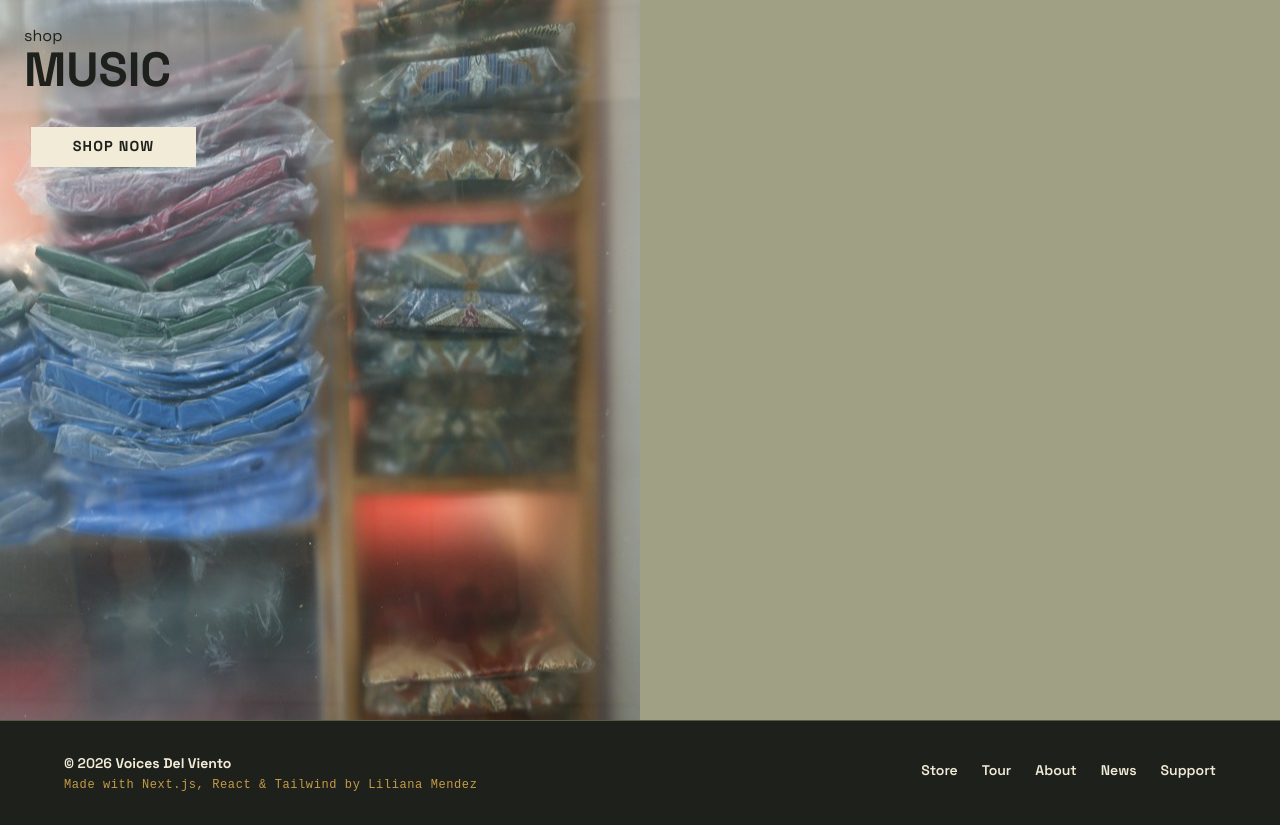
Repository: lime929/voices-del-viento
Page: /
The author's editor kept a copy of each file at every save. The page is drawn from the files as they stood at one save, then again after the next save.
The browser window is 1280 px wide. The pictures show the part of the page from y = 601 to 1426 px (the page is 1426 px tall).
The project was rebuilt for these pictures with package versions that can differ from the ones it lists, and the page was loaded fresh each time. The framework's server and built-in components were replaced by stand-ins that run in the browser. Also part of the build but not shown: next.config.mjs.

Above is the page before, as saved 2026-09-27 16:00:55.

After the next save:
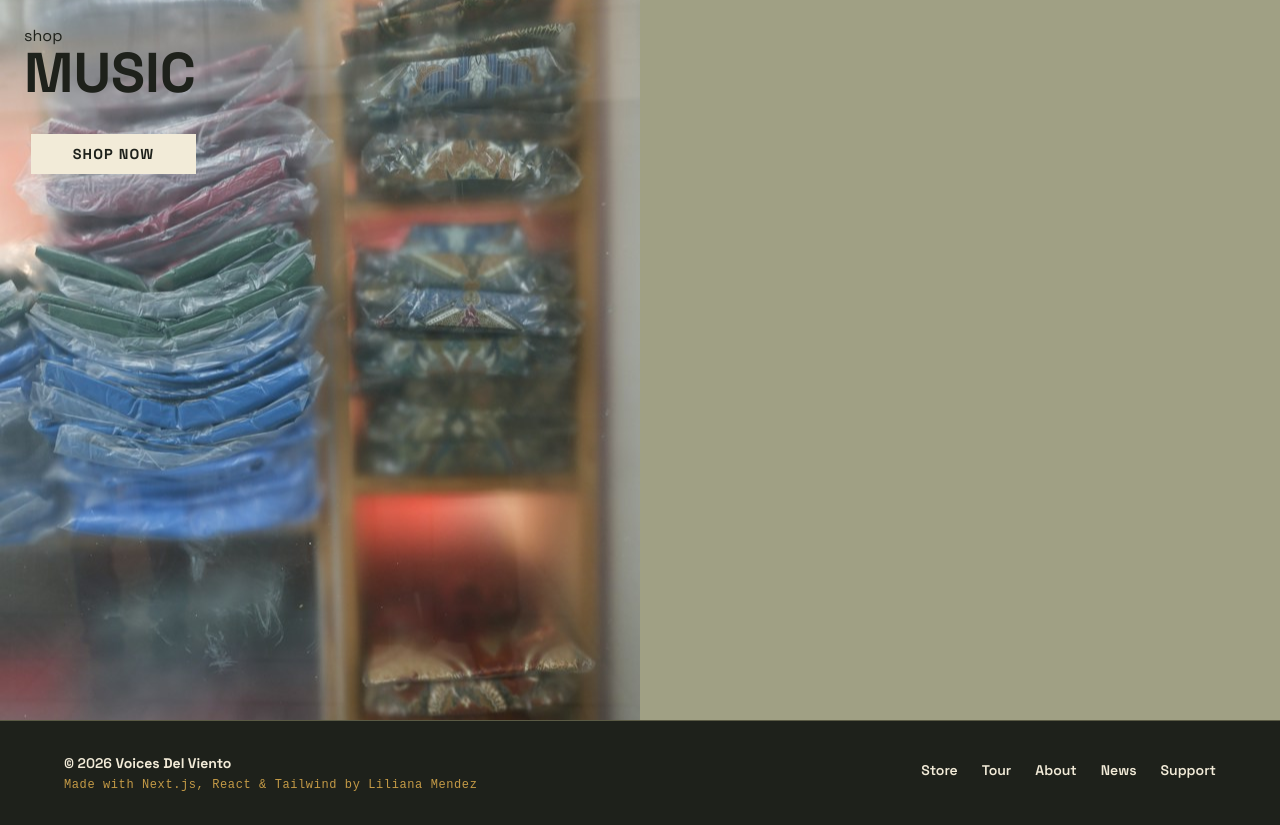
Saved 8 s later.
--- a/app/page.module.css
+++ b/app/page.module.css
@@ -111,7 +111,7 @@
 }
 .gridCard h2 {
   margin: 0;
-  font-size: clamp(1.5rem, 8vw, 3rem);
+  font-size: clamp(1.5rem, 8vw, 3.5rem);
   line-height: 0.9;
   font-weight: 900;
   white-space: nowrap;
